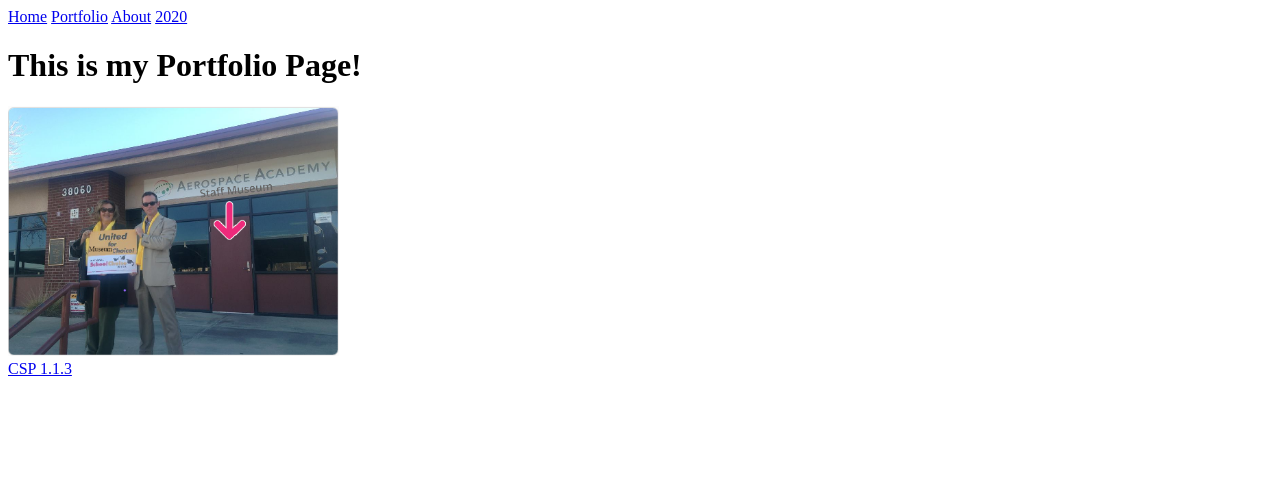
Repository: Priskillet/Priskillet.github.io
Page: My_website/portfolio.html
The author's editor kept a record of every edit. The page is drawn from the files as they stood at one moment, then again after the next edit.
The browser window is 1280 px wide. The pictures show the whole page.

Above is the page before.

After the next edit:
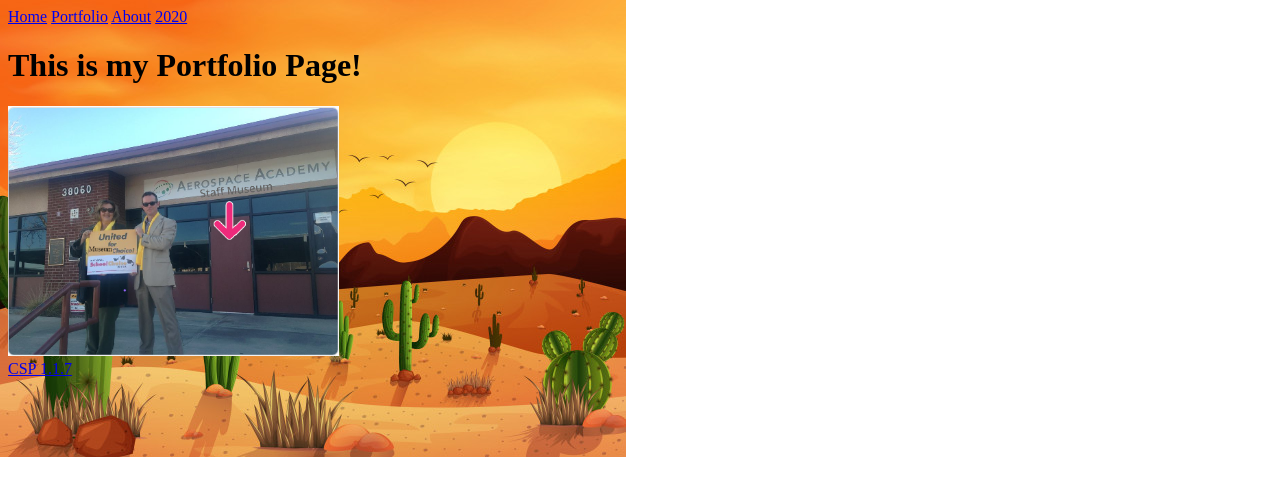
The edit:
--- a/My_website/portfolio.html
+++ b/My_website/portfolio.html
@@ -12,7 +12,13 @@
  <h1>This is my Portfolio Page!</h1>
     <img src="images/scratch3.PNG" height="250">
     <br>
-      <a href="https://scratch.mit.edu/projects/324336975/">CSP 1.1.3</a>
+      <a href="https://scratch.mit.edu/projects/326799309/">CSP 1.1.7</a>
     </a>
+    <style>
+body {
+  background-image: url('images/sunset.jpg');
+   background-repeat: no-repeat;
+}
+</style>
 	  </body>
 	</html>
